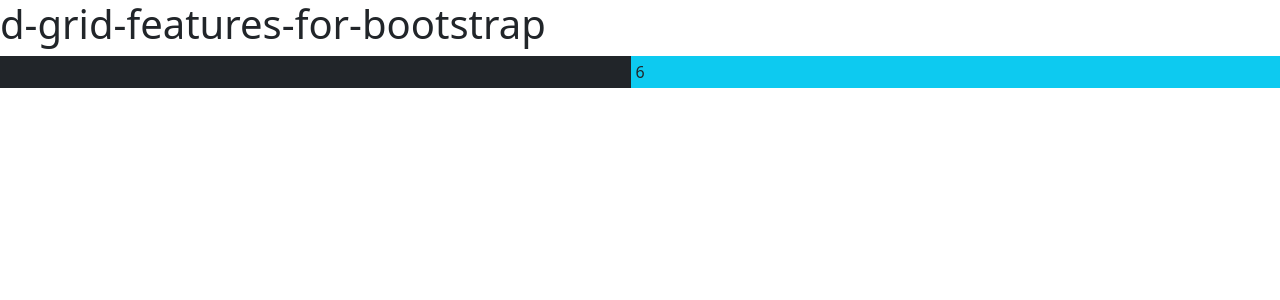
Repository: LynxPardelle/d-grid-features-for-bootstrap
Page: index.html
The author's editor kept a copy of each file at every save. The page is drawn from the files as they stood at one save, then again after a run of saves.
The browser window is 1280 px wide. The pictures show the whole page.

Above is the page before, as saved 2021-10-20 04:43:00.

After the next 2 saves:
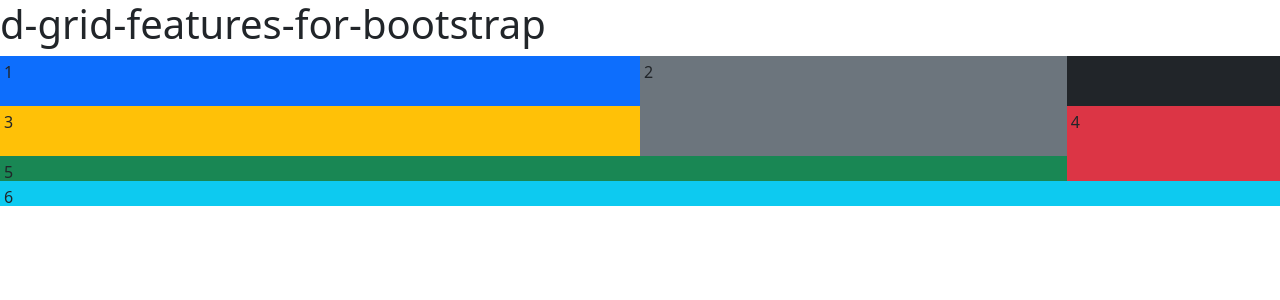
The 2 saves are shown as one change because they came seconds apart.
The last was saved 8 s later.
--- a/index.html
+++ b/index.html
@@ -19,7 +19,7 @@
       [row4-start] "c c b d" 25px [row4-end]
       [row5-start] "e e e d" 25px [row5-end]
       [row6-start] "f f f f" 25px [row6-end]
-      / 1fr 2fr 1fr 1/2fr'>
+      / 1fr 2fr 2fr 1fr'>
     <div data-gfbs data-gfbs-ga="a" class="grid-element bg-primary p-1">
       1
     </div>
